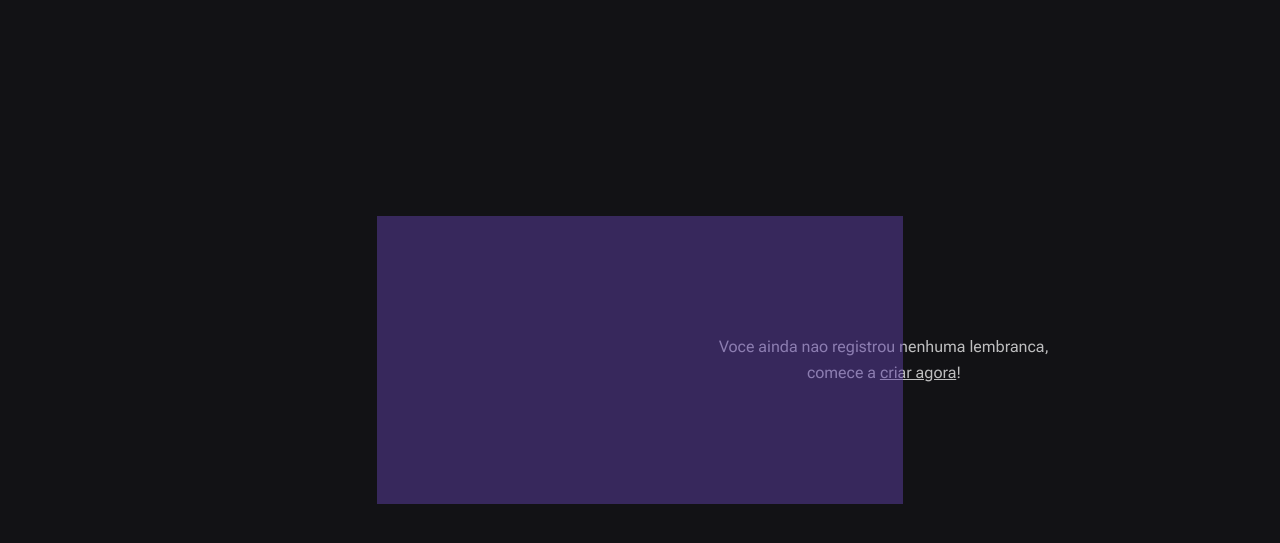
Repository: viniimartins/NLWSpacetime
Page: /
The author's editor kept a copy of each file at every save. The page is drawn from the files as they stood at one save, then again after a run of saves.
The browser window is 1280 px wide. The pictures show the whole page.
Some web fonts or font styles are not loaded; a fallback is used. The project was rebuilt for these pictures with package versions that can differ from the ones it lists, and the page was loaded fresh each time. The framework's server and built-in components were replaced by stand-ins that run in the browser. Also part of the build but not shown: next.config.js.

Above is the page before, as saved 2023-05-17 15:53:29.

### src/app/layout.tsx
import React from "react";
import "./globals.css";
import {
  Roboto_Flex as Roboto,
  Bai_Jamjuree as BaiJamjuree,
} from "next/font/google";

const roboto = Roboto({ subsets: ["latin"], variable: "--font-roboto" });
const baiJamjuree = BaiJamjuree({
  subsets: ["latin"],
  weight: "700",
  variable: "--font-bai-Jamjuree",
});

export const metadata = {
  title: "NLW Spacetime",
  description:
    "Uma cápsula do tempo contruido com REact, Next.js, TailwindCSS e TypeScript",
};

export default function RootLayout({
  children,
}: {
  children: React.ReactNode;
}) {
  return (
    <html lang="en">
      <body
        className={`${roboto.variable}  ${baiJamjuree.variable} bg-gray-900 font-sans text-gray-100`}
      >
        {children}
      </body>
    </html>
  );
}

### src/app/page.tsx
export default function Home() {
  return (
    <main className="grid min-h-screen grid-cols-2">
      <div className="relative flex flex-col items-start justify-between px-28 py-16">
        <div className="absolute right-0 top-1/2 h-[288px] w-[526px] -translate-y-1/2 translate-x-1/2 overflow-hidden bg-purple-700 opacity-50"></div>
      </div>

      <div className="flex flex-col p-16">
        <div className="justift-center flex flex-1 items-center">
          <p className="w-[360px] text-center leading-relaxed">
            Voce ainda nao registrou nenhuma lembranca, comece a{" "}
            <a href="" className="underline hover:text-gray-50">
              criar agora
            </a>
            !
          </p>
        </div>
      </div>
    </main>
  );
}

### tailwind.config.js
/** @type {import('tailwindcss').Config} */
module.exports = {
  content: [
    './src/pages/**/*.{js,ts,jsx,tsx,mdx}',
    './src/components/**/*.{js,ts,jsx,tsx,mdx}',
    './src/app/**/*.{js,ts,jsx,tsx,mdx}',
  ],
  theme: {
    extend: {
      fontFamily: {
        sans: 'var(--font-roboto)',
        alt: 'var(--font-bai-jamjuree)'
      }
    },


    colors: {
      gray: {
        50: '#eaeaea',
        100: '#bebebf',
        200: '#9e9ea0',
        300: '#727275',
        400: '#56565a',
        500: '#2c2c31',
        600: '#28282d',
        700: '#1f1f23',
        800: '#18181b',
        900: '#121215',
      },
      purple: {
        50: '#f3eefc',
        100: '#d8cbf7',
        200: '#c6b2f3',
        300: '#ab8eee',
        400: '#9b79ea',
        500: '#8257e5',
        600: '#764fd0',
        700: '#5c3ea3',
        800: '#48307e',
        900: '#372560',
      },
      green: {
        50: '#e6fbef',
        100: '#b1f1ce',
        200: '#8cebb6',
        300: '#57e295',
        400: '#36dc81',
        500: '#04d361',
        600: '#04c058',
        700: '#039645',
        800: '#027435',
        900: '#025929',
      },
    },
  },
  plugins: [],
}

Loaded but not shown: src/app/globals.css (common file)

After the next 2 saves:
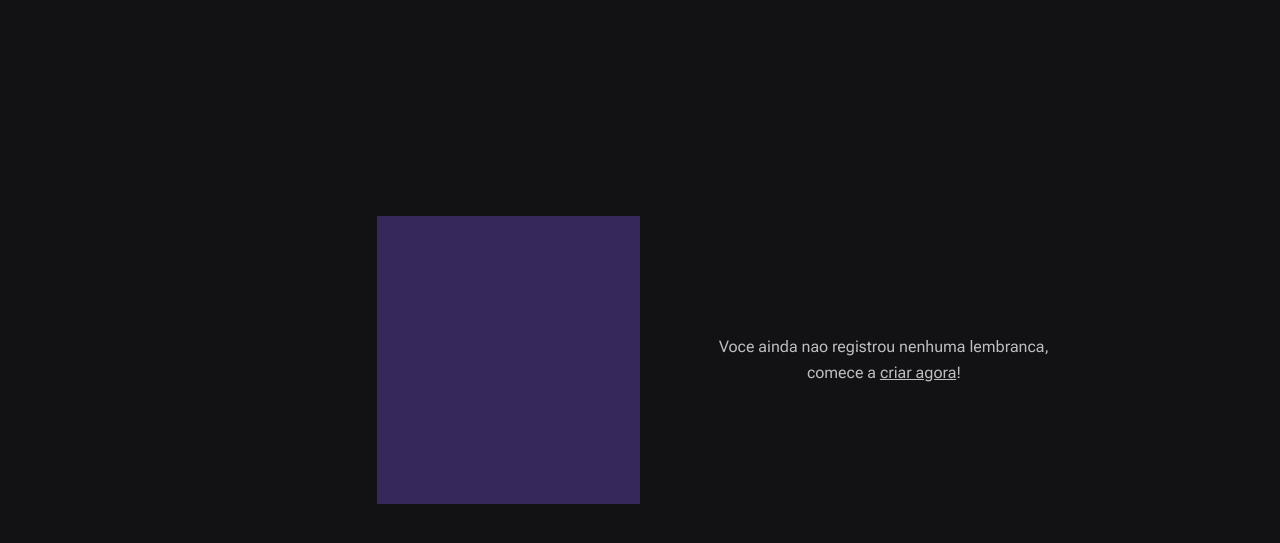
The 2 saves are shown as one change because they came seconds apart.
The last was saved 29 s later.
--- a/src/app/page.tsx
+++ b/src/app/page.tsx
@@ -1,8 +1,8 @@
 export default function Home() {
   return (
     <main className="grid min-h-screen grid-cols-2">
-      <div className="relative flex flex-col items-start justify-between px-28 py-16">
-        <div className="absolute right-0 top-1/2 h-[288px] w-[526px] -translate-y-1/2 translate-x-1/2 overflow-hidden bg-purple-700 opacity-50"></div>
+      <div className="relative flex flex-col items-start justify-between overflow-hidden px-28 py-16">
+        <div className="absolute right-0 top-1/2 h-[288px] w-[526px] -translate-y-1/2 translate-x-1/2  bg-purple-700 opacity-50"></div>
       </div>
 
       <div className="flex flex-col p-16">
